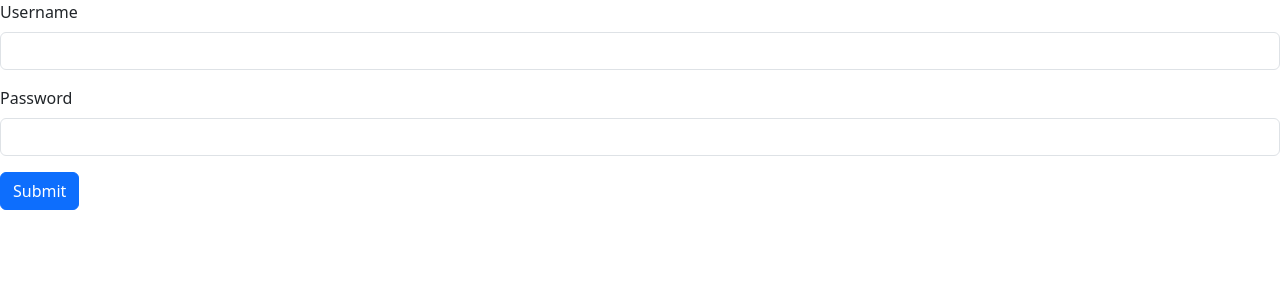
Repository: sarathraj2002/todo-list
Page: index.html
These files come from the project's save history. The page is drawn as it stood at one moment and after a run of saves; the edit follows.
The browser window is 1280 px wide. The pictures show the whole page.

Above is the page before, as saved 2024-09-05 10:16:45.

### index.html
<!DOCTYPE html>
<html lang="en">
<head>
    <meta charset="UTF-8">
    <meta name="viewport" content="width=device-width, initial-scale=1.0">
    <title>Document</title>
    <link rel="stylesheet" href="style.css">
    <link rel="stylesheet" href="bootstrap.min.css">
</head>
<body>
    <div class="container"></div>
    <form>
        <div class="mb-3">
          <label for="exampleInputusername1" class="form-label">Username</label>
          <input type="test" class="form-control" id="exampleInputEmail1" aria-describedby="emailHelp">

        </div>
        <div class="mb-3">
          <label for="exampleInputPassword1" class="form-label">Password</label>
          <input type="password" class="form-control" id="exampleInputPassword1">
        </div>

        <button type="submit" class="btn btn-primary">Submit</button>
      </form>
</body>
</html>

Loaded but not shown: bootstrap.min.css (library); style.css (no stored copy; drawn as an empty file)

After the next 2 saves:
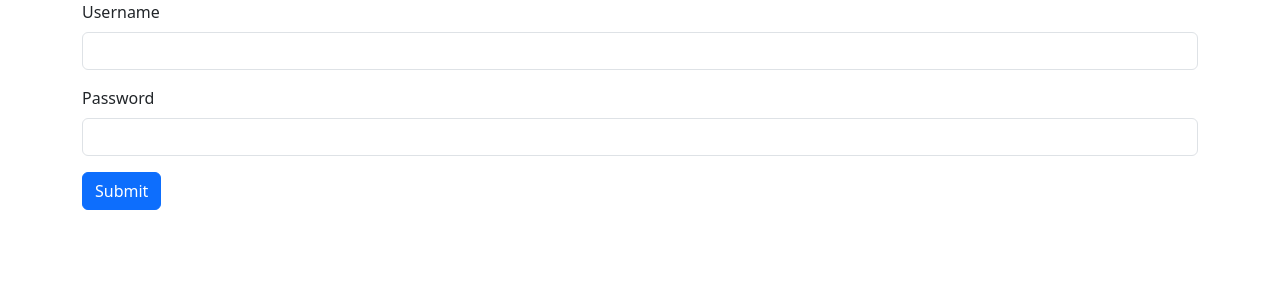
The 2 saves are shown as one change because they came seconds apart.
The last was saved 16 s later.
--- a/index.html
+++ b/index.html
@@ -8,7 +8,7 @@
     <link rel="stylesheet" href="bootstrap.min.css">
 </head>
 <body>
-    <div class="container"></div>
+    <div class="container">
     <form>
         <div class="mb-3">
           <label for="exampleInputusername1" class="form-label">Username</label>
@@ -22,5 +22,6 @@
 
         <button type="submit" class="btn btn-primary">Submit</button>
       </form>
+    </div>
 </body>
 </html>
